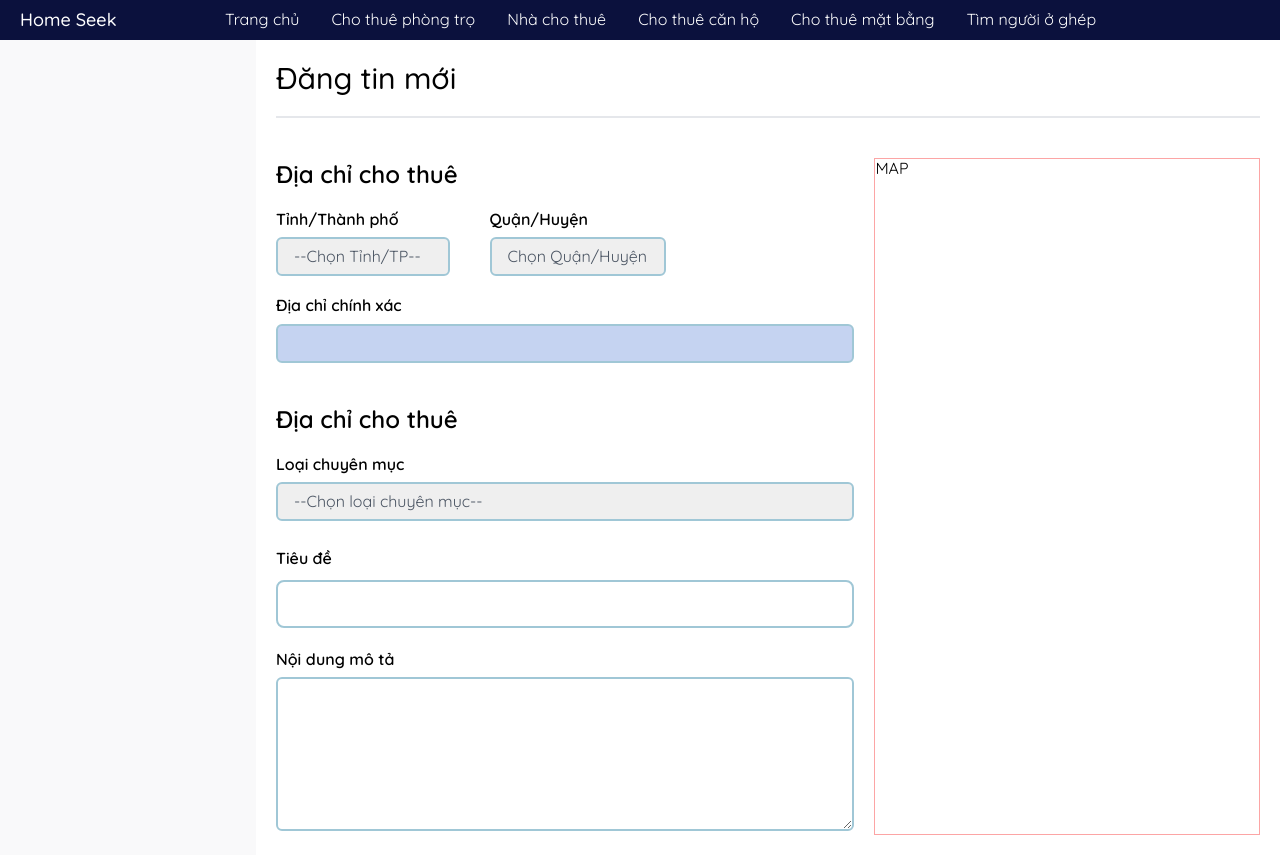
Repository: ajincome26/homeseek
Page: /create (app in client/)
An editor plug-in stored every save of this project. The page is shown before and after the next save, followed by the edit.
The browser window is 1280 px wide. The pictures show the whole page.
The page's requests for data from a server got no answer. The project was rebuilt for these pictures with package versions that can differ from the ones it lists, and the page was loaded fresh each time. Some packages were replaced by stand-ins written for this rebuild. No one was signed in, and anything a server would have sent is missing. Also part of the build but not shown: client/vite.config.ts, client/src/components/Footer/Footer.tsx, client/src/components/Button/Button.tsx, client/src/components/Button/index.ts, client/src/utils/utils.tsx, client/src/components/MainHeader/components/User.tsx, client/src/components/Popover/Popover.tsx, client/src/components/Popover/index.ts and 16 more.

Above is the page before, as saved 2024-01-10 05:03:22.

After the next save:
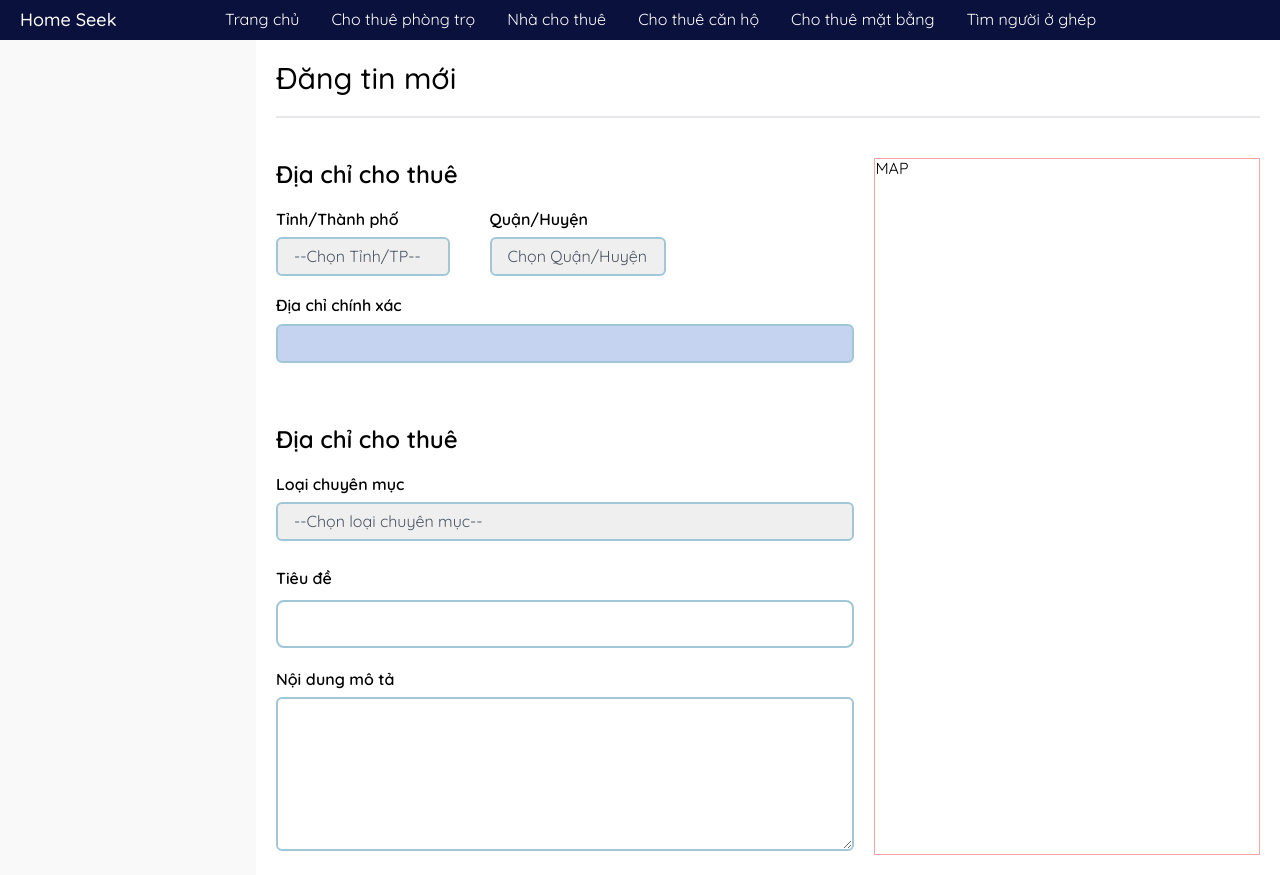
Saved 83 s later.
--- a/client/src/pages/CreatePostPage/components/Overview.tsx
+++ b/client/src/pages/CreatePostPage/components/Overview.tsx
@@ -22,6 +22,9 @@ const Overview = () => {
   })
   return (
     <div>
+      <Field>
+        <Label textColor='text-black' htmlFor='title'></Label>
+      </Field>
       <h1 className='mb-5 text-2xl font-semibold'>Địa chỉ cho thuê</h1>
       <div className='flex gap-10 mb-5'>
         <Select
